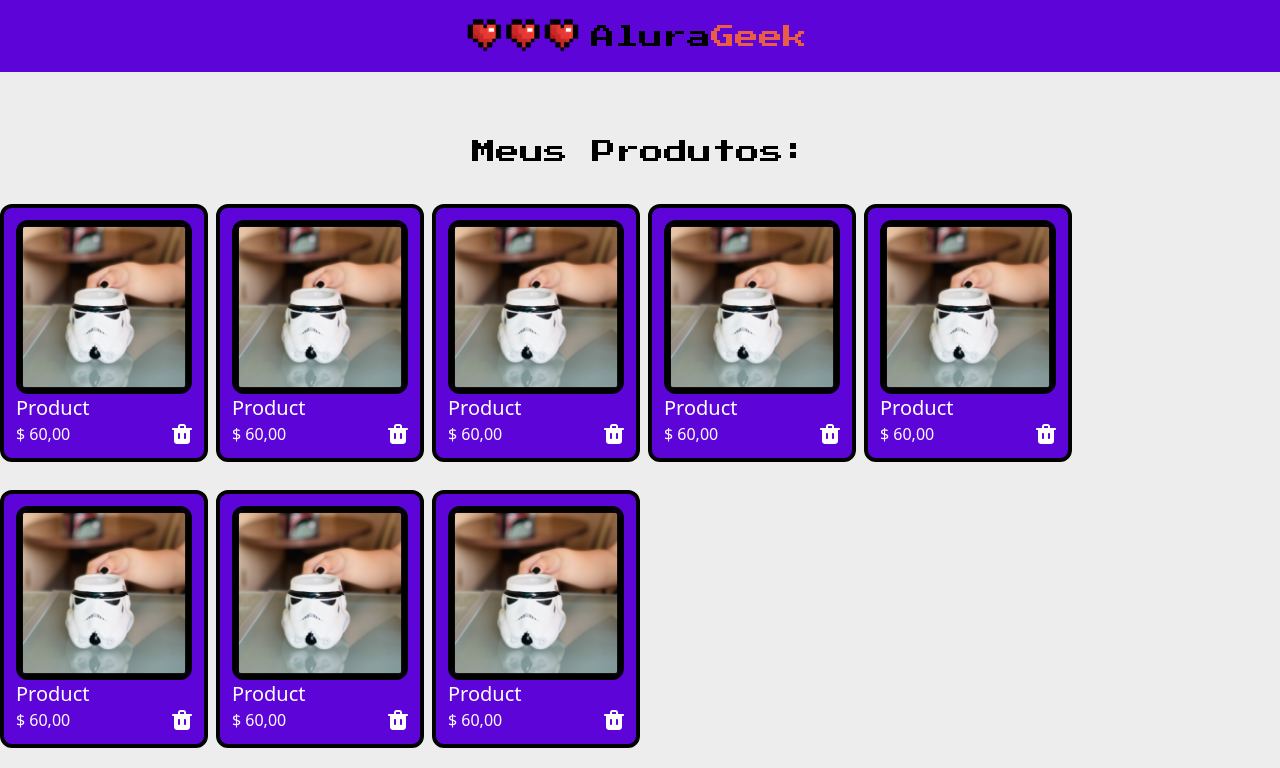
Repository: guilhermecardoso93/alura-geek
Page: /
These files come from the project's save history. The page is drawn as it stood at one moment and after the next save; the edit follows.
The browser window is 1280 px wide. The pictures show the whole page.
The project was rebuilt for these pictures with package versions that can differ from the ones it lists, and the page was loaded fresh each time. Also part of the build but not shown: vite.config.js.

Above is the page before, as saved 2024-05-11 18:45:25.

### index.html
<!doctype html>
<html lang="en">

<head>
    <meta charset="UTF-8" />
    <link rel="icon" type="image/svg+xml" href="/vite.svg" />
    <meta name="viewport" content="width=device-width, initial-scale=1.0" />
    <link rel="preconnect" href="https://fonts.googleapis.com">
    <link rel="preconnect" href="https://fonts.gstatic.com" crossorigin>
    <link href="https://fonts.googleapis.com/css2?family=Press+Start+2P&display=swap" rel="stylesheet">
    <title>Alura Geek</title>
</head>

<body class="bg-[#EDEDED] text-[#000000] antialiased">
    <div id="root"></div>
    <script type="module" src="/src/main.jsx"></script>
</body>

</html>

### src/App.jsx
import Logo from "./assets/logo.png";
import { Main } from "./components/main";

export default function App() {
  return (
    <div className="w-full flex flex-col items-center justify-center">
      <header className="sm:px-8 px-4 py-2 z-10 w-full bg-[#5d04d9] w-full flex items-center justify-center">
        <img
          src={Logo}
          alt=""
          className="lg:w-[374px] lg:h-[56px] sm:w-auto h-auto"
        />
      </header>
      <Main />
    </div>
  );
}

### src/components/main.jsx
import { Products } from "./products";

export function Main() {
  return (
    <div className="flex mt-16">
      <Products />
      <div></div>
    </div>
  )
}

### src/components/products.jsx
import ModeloFoto from "../assets/modelo.png";
import DeleteIcon from "../assets/delete.svg";

export function Products() {
  return (
    <div className="flex flex-col gap-9 items-center justify-center">
      <h2 className="font-['Press_Start_2P'] font-normal  text-2xl">
        Meus Produtos:
      </h2>
      <div className="flex flex-wrap gap-2">
        <Product />
        <Product />
        <Product />
        <Product />
        <Product />
        <Product />
        <Product />
        <Product />
      </div>
    </div>
  );
}

function Product() {
  return (
    <div className="flex flex-col items-start justify-between p-3 bg-[#5d04d9] border-black border-4 rounded-xl text-white mb-5">
      <img
        src={ModeloFoto}
        alt=""
        className="w-[176px] h-[174px]  border-black border-4 rounded-xl"
      />
      <h2 className="font-normal text-xl">Product</h2>
      <div className="flex justify-between w-full items-center">
        <p>$ 60,00</p>
        <img src={DeleteIcon} alt="" />
      </div>
    </div>
  );
}

### tailwind.config.js
/** @type {import('tailwindcss').Config} */
export default {
  content: ["./index.html", "./src/**/*.{js,ts,jsx,tsx}"],
  theme: {
    extend: {},
    sans: ["Press Start 2P", "system-ui"],
    serif: ["ui-serif", "Georgia"],
    mono: ["ui-monospace", "SFMono-Regular"],
    display: ["Oswald"],
    body: ['Press Start 2P'],
  },
  plugins: [],
};

Loaded but not shown: src/main.jsx (common file); src/index.css (common file)

After the next save:
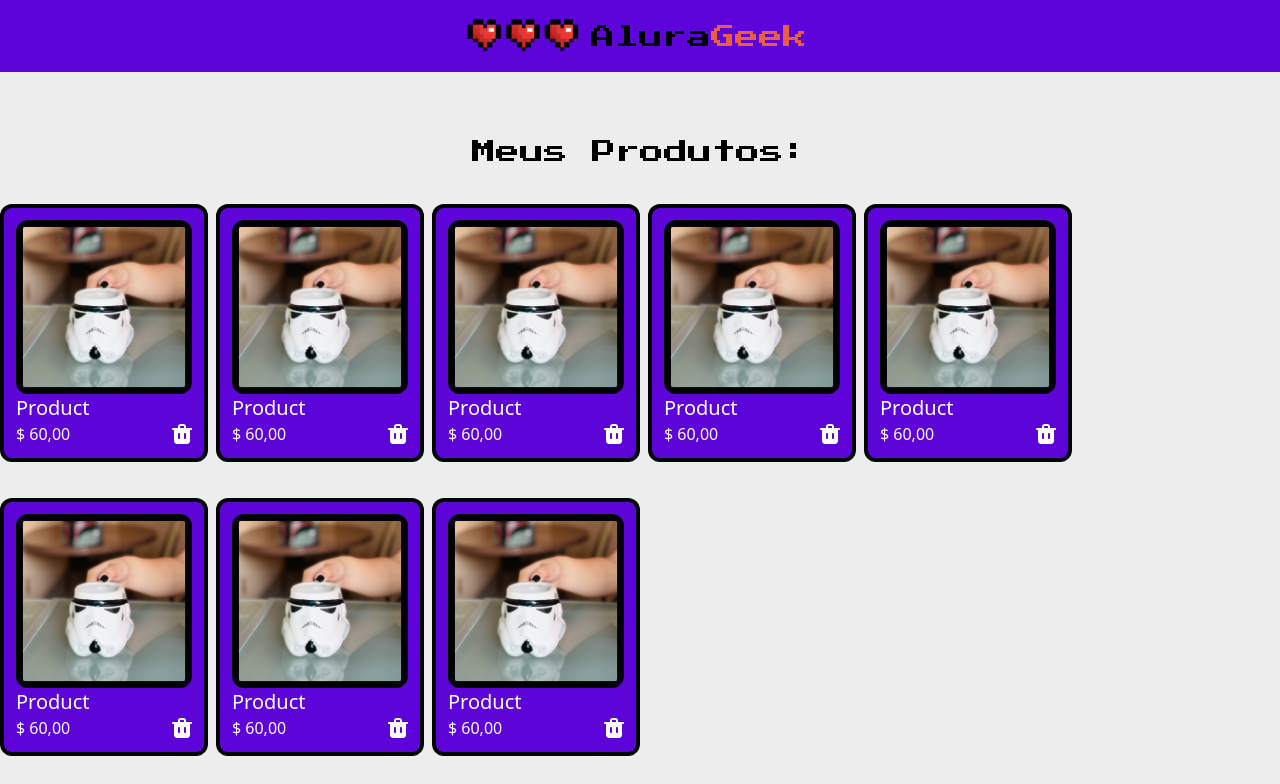
Saved 9 s later.
--- a/src/components/products.jsx
+++ b/src/components/products.jsx
@@ -23,7 +23,7 @@
 
 function Product() {
   return (
-    <div className="flex flex-col items-start justify-between p-3 bg-[#5d04d9] border-black border-4 rounded-xl text-white mb-5">
+    <div className="flex flex-col items-start justify-between p-3 bg-[#5d04d9] border-black border-4 rounded-xl text-white mb-7">
       <img
         src={ModeloFoto}
         alt=""
